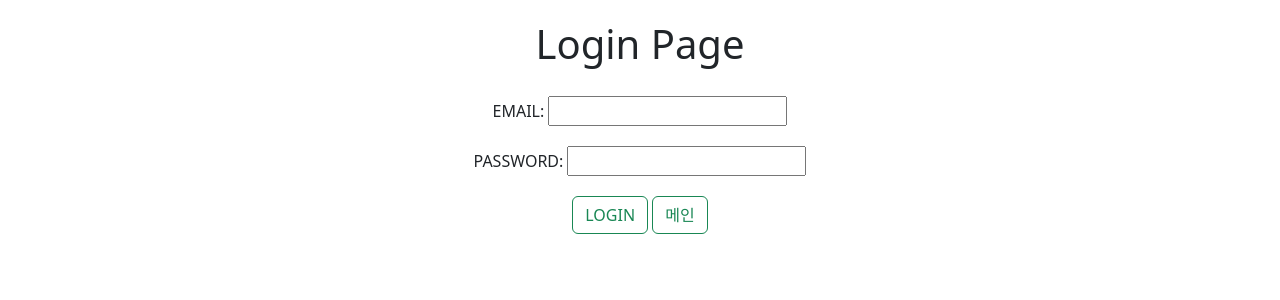
Repository: Raneechoi/java2022_09_03
Page: http://localhost/Project/mem/login
The author's editor kept a copy of each file at every save. The page is drawn from the files as they stood at one save, then again after the next save.
The browser window is 1280 px wide. The pictures show the whole page.
The page is served by Tomcat 9. Other server files are loaded and not shown.

Above is the page before, as saved 2022-12-08 06:49:15.

### JSP_Board&Member/Project/src/main/webapp/member/login.jsp
<%@ page language="java" contentType="text/html; charset=UTF-8"
    pageEncoding="UTF-8"%>
<%@ taglib uri="http://java.sun.com/jsp/jstl/core" prefix="c" %>
<!DOCTYPE html>
<html>
<head>
<meta charset="UTF-8">
<title>Insert title here</title>
<!-- CSS only -->
<link href="https://cdn.jsdelivr.net/npm/bootstrap@5.2.2/dist/css/bootstrap.min.css" rel="stylesheet" integrity="sha384-Zenh87qX5JnK2Jl0vWa8Ck2rdkQ2Bzep5IDxbcnCeuOxjzrPF/et3URy9Bv1WTRi" crossorigin="anonymous">
<!-- JavaScript Bundle with Popper -->
<script src="https://cdn.jsdelivr.net/npm/bootstrap@5.2.2/dist/js/bootstrap.bundle.min.js" integrity="sha384-OERcA2EqjJCMA+/3y+gxIOqMEjwtxJY7qPCqsdltbNJuaOe923+mo//f6V8Qbsw3" crossorigin="anonymous"></script>
</head>
<body style="text-align: center; margin-top: 20px">
   <h1>Login Page</h1>
   <form action="/mem/login_auth" method="post">
      EMAIL: <input type="text" name="email" style="margin-top: 20px"> <br>
      PASSWORD: <input type="password" name="pwd" style="margin-top: 20px"> <br>
      <button type="submit"  class="btn btn-outline-success" style="margin-top: 20px" style="margin-top: 20px">LOGIN</button>
      <a href="/"><button type="button"  class="btn btn-outline-success" style="margin-top: 20px" style="margin-top: 20px">메인</button></a>
   </form>

</body>
</html>

### JSP_Board&Member/Project/src/main/java/controller/MemberController.java
package controller;

import java.io.IOException;
import java.util.List;

import javax.servlet.RequestDispatcher;
import javax.servlet.ServletException;
import javax.servlet.annotation.WebServlet;
import javax.servlet.http.HttpServlet;
import javax.servlet.http.HttpServletRequest;
import javax.servlet.http.HttpServletResponse;
import javax.servlet.http.HttpSession;

import org.slf4j.Logger;
import org.slf4j.LoggerFactory;

import domain.MemberVO;
import service.MemberService;
import service.MemberServiceImpl;


@WebServlet("/mem/*")
public class MemberController extends HttpServlet {
	private static final long serialVersionUID = 1L;
	private static final Logger log = LoggerFactory.getLogger(MemberController.class);
    private RequestDispatcher rdp;
    private String destPage; //목적지 주소 기록 변수
    private int isOK;

    private MemberService msv; // interface로 생성 - service패키지에

    public MemberController() {
    	msv = new MemberServiceImpl();
    }

	protected void service(HttpServletRequest req, HttpServletResponse res) throws ServletException, IOException {
		req.setCharacterEncoding("utf-8");
		res.setCharacterEncoding("utf-8");
		res.setContentType("text/html; charset=utf-8");

		String uri = req.getRequestURI();
		String path = uri.substring(uri.lastIndexOf("/")+1);

		log.info(">>> URI > "+uri);
		log.info(">>> Path > "+path);
		switch (path) {
		case "login":
			destPage = "/member/login.jsp";
			break;

		case "login_auth":
			try {
				MemberVO mvo = msv.login(
						new MemberVO(
								req.getParameter("email"),
								req.getParameter("pwd")
								));
				log.info("login 객체 input");
				if(mvo != null) {
					//세션 가져오기. 연결된 세션이 없다면 새로 생성
					HttpSession ses = req.getSession();
					//ses로 mvo를 바인딩
					ses.setAttribute("ses", mvo);
					ses.setMaxInactiveInterval(10*60);  // 로그인 유지시간(10분)
				}else {
					req.setAttribute("msg_login", 0);
				}
				destPage="/";

			} catch (Exception e) {
				// TODO: handle exception
				e.printStackTrace();
			}
			break;

		case "join":
			try {
				destPage = "/member/join.jsp";
			} catch (Exception e) {
				e.printStackTrace();
			}
			break;

		case "register":
			isOK = msv.register(new MemberVO(
					req.getParameter("email"),
					req.getParameter("pwd"),
					req.getParameter("nick_name")
					));
			log.info(">>> join > "+(isOK > 0 ?"ok" :"fail"));
			destPage="login";
			break;

		case "logout":
			// 연결된 세션이 있다면 해당 세션을 가져오기
			try {
				HttpSession ses = req.getSession();
				ses.invalidate();  // 세션 끊기
				// 로그인된 email을 주고 로그인 시간 update
				isOK = msv.lastLogin(req.getParameter("email"));
				log.info(">>> lastLogin > "+(isOK > 0 ?"ok" :"fail"));
				destPage="/index.jsp";
			} catch (Exception e) {
				e.printStackTrace();
			}
			break;

		case "list":
			try {
				List<MemberVO> list = msv.getlist();
				req.setAttribute("list", list);
				destPage="/member/list.jsp";
			} catch (Exception e) {
				e.printStackTrace();
			}
			break;

		case "modify":
			try {
				log.info("modify check 1");
				MemberVO mvo = msv.selectOne(req.getParameter("email"));
				req.setAttribute("mvo", mvo);

				log.info("modify check 2");
				destPage = "/member/update.jsp";
			} catch (Exception e) {
				e.printStackTrace();
			}
			break;

		case "update":
			try {
				MemberVO mvo = new MemberVO(req.getParameter("email"), req.getParameter("pwd"), req.getParameter("nick_name"));
				int isOk = msv.update(mvo);
				destPage = "/";
			} catch (Exception e) {
				e.printStackTrace();
			}
			break;

		case "remove":
			try {
				HttpSession ses = req.getSession();
				ses.invalidate();  // 세션 끊기
				// 로그인된 email을 주고 로그인 시간 update
				isOK = msv.remove(req.getParameter("email"));
				log.info(">>> remove > "+(isOK > 0 ?"ok" :"fail"));
				destPage="/";

			} catch (Exception e) {
				e.printStackTrace();
			}
			break;

		default:
			break;
		}
		// 목적지 주소 값 세팅
		rdp = req.getRequestDispatcher(destPage);
		// 정보 싣고 보내기
		rdp.forward(req, res);
	}

	protected void doGet(HttpServletRequest req, HttpServletResponse res) throws ServletException, IOException {
		service(req, res);
	}

	protected void doPost(HttpServletRequest req, HttpServletResponse res) throws ServletException, IOException {
		service(req, res);
	}
}

### JSP_Board&Member/Project/src/main/java/service/MemberServiceImpl.java
package service;

import java.util.List;

import org.slf4j.Logger;
import org.slf4j.LoggerFactory;

import controller.MemberController;
import domain.MemberVO;
import repository.MemberDAO;
import repository.MemberDAOImpl;

public class MemberServiceImpl implements MemberService {

	private MemberDAO mdao;
	private static final Logger log = LoggerFactory.getLogger(MemberController.class);

	public MemberServiceImpl() {
		mdao = new MemberDAOImpl();
	}

	@Override
	public MemberVO login(MemberVO mvo) {
		log.info("login check 2");
		return mdao.selectOne(mvo);
	}

	@Override
	public int register(MemberVO mvo) {
		log.info("register check 2");
		return mdao.insert(mvo);
	}

	@Override
	public int lastLogin(String email) {
		log.info("lastLogin check 2");
		return mdao.update(email);
	}

	@Override
	public List<MemberVO> getlist() {
		log.info("list check 2");
		return mdao.listall();
	}

	@Override
	public int modify(MemberVO mvo) {
		log.info("modify check 2");
		return mdao.update(mvo);
	}

	@Override
	public MemberVO selectOne(String email) {
		// TODO Auto-generated method stub
		return mdao.selectOne(email);
	}

	@Override
	public int update(MemberVO mvo) {
		// TODO Auto-generated method stub
		return mdao.update(mvo);
	}

	@Override
	public int remove(String email) {
		// TODO Auto-generated method stub
		return mdao.remove(email);
	}
}

### JSP_Board&Member/Project/src/main/java/repository/MemberDAO.java
package repository;

import java.util.List;

import domain.MemberVO;

public interface MemberDAO {

	MemberVO selectOne(MemberVO mvo);

	int insert(MemberVO mvo);

	int update(String email);

	List<MemberVO> listall();

	int update(MemberVO mvo);

	MemberVO selectOne(String email);

	int remove(String email);

}

### JSP_Board&Member/Project/src/main/java/repository/MemberDAOImpl.java
package repository;

import java.util.List;

import org.apache.ibatis.session.SqlSession;
import org.slf4j.Logger;
import org.slf4j.LoggerFactory;

import domain.MemberVO;
import orm.DatabaseBuilder;

public class MemberDAOImpl implements MemberDAO {

	private static final Logger log = LoggerFactory.getLogger(MemberDAOImpl.class);
	private SqlSession sql;
	private final String NS = "MemberMapper.";

	public MemberDAOImpl() {
		new DatabaseBuilder();
		sql = DatabaseBuilder.getFactory().openSession();
	}

	@Override
	public MemberVO selectOne(MemberVO mvo) {
		log.info("login check 3");
		return sql.selectOne(NS+"login",mvo);
	}

	@Override
	public int insert(MemberVO mvo) {
		log.info("join check 3");
		int isOK = sql.insert(NS+"reg",mvo);
		if(isOK > 0) {
			sql.commit();
		}
		return isOK;
	}

	@Override
	public int update(String email) {
		log.info("lastLogin check 3");
		int isOK = sql.update(NS+"last", email);
		if(isOK > 0) sql.commit();
		return isOK;
	}

	@Override
	public List<MemberVO> listall() {
		log.info("list check 3");
		return sql.selectList(NS+"list");
	}

	@Override
	public int update(MemberVO mvo) {
		log.info("modify check 3");
		int isOK = sql.update(NS+"modify",mvo);
		if(isOK > 0) sql.commit();
		return isOK;
	}

	@Override
	public MemberVO selectOne(String email) {
		// TODO Auto-generated method stub
		return sql.selectOne(NS+"getOne", email);
	}

	@Override
	public int remove(String email) {
		// TODO Auto-generated method stub
		int isOK = sql.delete(NS+"remove",email);
		if(isOK > 0) sql.commit();
		return isOK;
	}

}

### JSP_Board&Member/Project/src/main/java/orm/DatabaseBuilder.java
package orm;

import org.apache.ibatis.io.Resources;
import org.apache.ibatis.session.SqlSessionFactory;
import org.apache.ibatis.session.SqlSessionFactoryBuilder;

public class DatabaseBuilder {

	private static SqlSessionFactory factory;

	static {
		try {
			factory = new SqlSessionFactoryBuilder()
					.build(Resources.getResourceAsReader("orm/MybatisConfig.xml"));
		} catch (Exception e) {
			e.printStackTrace();
		}
	}

	public static SqlSessionFactory getFactory() {
		return factory;
	}

}

### JSP_Board&Member/Project/src/main/java/domain/MemberVO.java
package domain;

public class MemberVO {

	private String email;
	private String pwd;
	private String nick_name;
	private String reg_at;
	private String last_login;

	public MemberVO() {}

	//login : email, pwd
	public  MemberVO(String email, String pwd) {
		this.email = email;
		this.pwd = pwd;
	}

	// join,modify : email, pwd, nick_name
	public MemberVO(String email, String pwd, String nick_name) {
		this.email = email;
		this.pwd = pwd;
		this.nick_name = nick_name;
	}

	// list : all
	public MemberVO(String email, String pwd, String nick_name, String reg_at, String last_login) {
		this.email = email;
		this.pwd = pwd;
		this.nick_name = nick_name;
		this.reg_at = reg_at;
		this.reg_at = last_login;
	}

	public String getEmail() {
		return email;
	}

	public void setEmail(String email) {
		this.email = email;
	}

	public String getPwd() {
		return pwd;
	}

	public void setPwd(String pwd) {
		this.pwd = pwd;
	}

	public String getNick_name() {
		return nick_name;
	}

	public void setNick_name(String nick_name) {
		this.nick_name = nick_name;
	}

	public String getReg_at() {
		return reg_at;
	}

	public void setReg_at(String reg_at) {
		this.reg_at = reg_at;
	}

	public String getLast_login() {
		return last_login;
	}

	public void setLast_login(String last_login) {
		this.last_login = last_login;
	}

}

### JSP_Board&Member/Project/src/main/java/domain/BoardVO.java
package domain;

public class BoardVO {

	private int bno;
	private String title;
	private String writer;
	private String content;
	private String reg_date;
	private int read_count;
	private String image_file;

	public BoardVO() {}

	// insert(title, writer, content)
	public BoardVO(String title, String writer, String content) {
		this.title = title;
		this.writer = writer;
		this.content = content;
	}

	// list(bno, title, writer, reg_date, read_count)
	public BoardVO(int bno, String title, String writer, String reg_date, int read_count) {
		this.bno = bno;
		this.title = title;
		this.writer = writer;
		this.reg_date = reg_date;
		this.read_count = read_count;
	}

	// detail (all)
	public BoardVO(int bno, String title, String writer, String content, String reg_date, int read_count, String image_file) {
		this.bno = bno;
		this.title = title;
		this.writer = writer;
		this.content = content;
		this.reg_date = reg_date;
		this.read_count = read_count;
		this.image_file = image_file;
	}

	// update(bno, title, content)
	public BoardVO(int bno, String title, String content) {
		this.bno = bno;
		this.title = title;
		this.content = content;
	}

	//(bno, read_count)
	public BoardVO(int bno, int read_count) {
		this.bno = bno;
		this.read_count = read_count;
	}

	public int getBno() {
		return bno;
	}

	public void setBno(int bno) {
		this.bno = bno;
	}

	public String getTitle() {
		return title;
	}

	public void setTitle(String title) {
		this.title = title;
	}

	public String getWriter() {
		return writer;
	}

	public void setWriter(String writer) {
		this.writer = writer;
	}

	public String getContent() {
		return content;
	}

	public void setContent(String content) {
		this.content = content;
	}

	public String getReg_date() {
		return reg_date;
	}

	public void setReg_date(String reg_date) {
		this.reg_date = reg_date;
	}

	public int getRead_count() {
		return read_count;
	}

	public void setRead_count(int read_count) {
		this.read_count = read_count;
	}

	public String getImage_file() {
		return image_file;
	}

	public void setImage_file(String image_file) {
		this.image_file = image_file;
	}

}

### JSP_Board&Member/Project/src/main/java/domain/PagingVO.java
package domain;

public class PagingVO {

	private int pageNo;  // 현재 화면에 출력되는 페이지네이션 번호
	private int qty;     // 한 페이지당 보여줄 게시글 수

	public PagingVO() {  // 페이지네이션을 클릭하기 전 기본 리스트 출력 값
		this(1,10);
	}

	public PagingVO(int pageNo, int qty) {
		this.pageNo = pageNo;
		this.qty = qty;
	}

	public int getPageStart() {
		return (this.pageNo-1)*qty;   // 시작페이지 번호 구하기
	}

	public int getPageNo() {
		return pageNo;
	}

	public void setPageNo(int pageNo) {
		this.pageNo = pageNo;
	}

	public int getQty() {
		return qty;
	}

	public void setQty(int qty) {
		this.qty = qty;
	}


}

### JSP_Board&Member/Project/src/main/java/domain/CommentVO.java
package domain;

public class CommentVO {

	private int cno;
	private int bno;
	private String writer;
	private String content;
	private String reg_at;

	public CommentVO() { }

	// post(bno, writer, content)
	public CommentVO(int bno, String writer, String content) {
		this.bno = bno;
		this.writer = writer;
		this.content = content;
	}

	// modify
	public CommentVO(int cno, String content) {
		this.cno = cno;
		this.content = content;
	}

	// list(bno, cno, writer, content, reg_at)
	public CommentVO(int cno, int bno, String writer, String content, String reg_at) {
		this.cno = cno;
		this.bno = bno;
		this.writer = writer;
		this.content = content;
		this.reg_at = reg_at;
	}

	public int getCno() {
		return cno;
	}

	public void setCno(int cno) {
		this.cno = cno;
	}

	public int getBno() {
		return bno;
	}

	public void setBno(int bno) {
		this.bno = bno;
	}

	public String getWriter() {
		return writer;
	}

	public void setWriter(String writer) {
		this.writer = writer;
	}

	public String getContent() {
		return content;
	}

	public void setContent(String content) {
		this.content = content;
	}

	public String getReg_at() {
		return reg_at;
	}

	public void setReg_at(String reg_at) {
		this.reg_at = reg_at;
	}


}

After the next save:
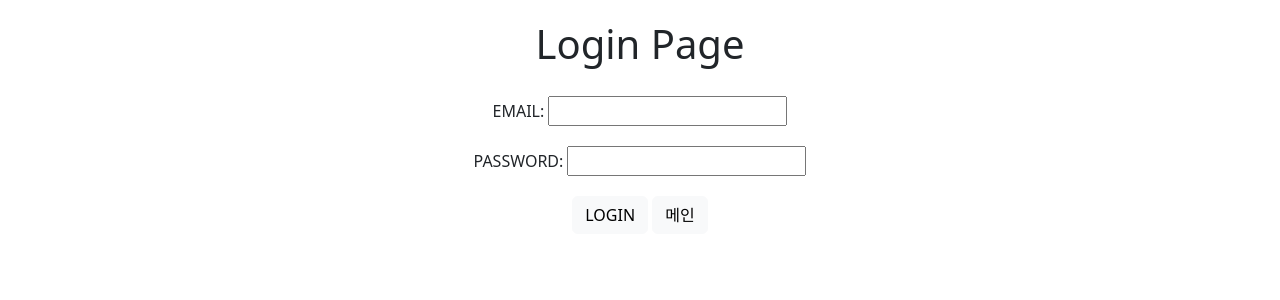
Saved 24 s later.
--- a/JSP_Board&Member/Project/src/main/webapp/member/login.jsp
+++ b/JSP_Board&Member/Project/src/main/webapp/member/login.jsp
@@ -16,8 +16,8 @@
    <form action="/mem/login_auth" method="post">
       EMAIL: <input type="text" name="email" style="margin-top: 20px"> <br>
       PASSWORD: <input type="password" name="pwd" style="margin-top: 20px"> <br>
-      <button type="submit"  class="btn btn-outline-success" style="margin-top: 20px" style="margin-top: 20px">LOGIN</button>
-      <a href="/"><button type="button"  class="btn btn-outline-success" style="margin-top: 20px" style="margin-top: 20px">메인</button></a>
+      <button type="submit"  class="btn btn-light" style="margin-top: 20px" style="margin-top: 20px">LOGIN</button>
+      <a href="/"><button type="button"  class="btn btn-light" style="margin-top: 20px" style="margin-top: 20px">메인</button></a>
    </form>
 
 </body>
